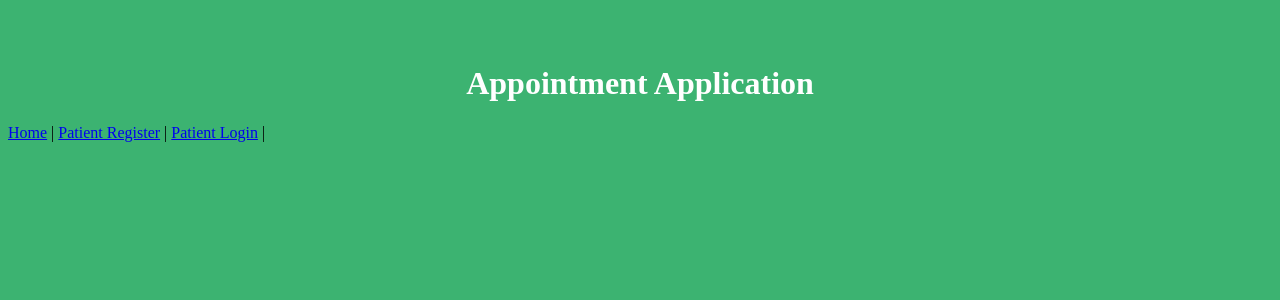
Repository: lsamirl/Exemples
Page: Doctor/WebContent/index.html
The author's editor kept a copy of each file at every save. The page is drawn from the files as they stood at one save, then again after the next save.
The browser window is 1280 px wide. The pictures show the whole page.

Above is the page before, as saved 2021-06-29 01:31:16.

### Doctor/WebContent/index.html
<html>
<body bgcolor="MediumSeaGreen ">
<br><br>
<h1 align="center" style="color:white;">Appointment Application</h1>

<table size="100">
<a href="index.html">Home</a> |
<a href="Patient_register.html">Patient Register</a> |
<a href="Patient_login.html">Patient Login</a> |

</table>
</body>
</html>

After the next save:
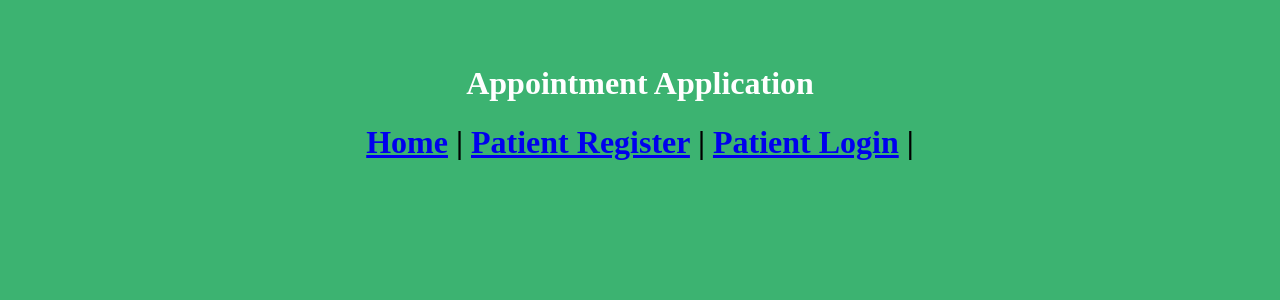
Saved 2 min 17 s later.
--- a/Doctor/WebContent/index.html
+++ b/Doctor/WebContent/index.html
@@ -2,12 +2,13 @@
 <body bgcolor="MediumSeaGreen ">
 <br><br>
 <h1 align="center" style="color:white;">Appointment Application</h1>
-
+<h1 align="center">
 <table size="100">
 <a href="index.html">Home</a> |
 <a href="Patient_register.html">Patient Register</a> |
 <a href="Patient_login.html">Patient Login</a> |
 
 </table>
+</h1>
 </body>
 </html>
